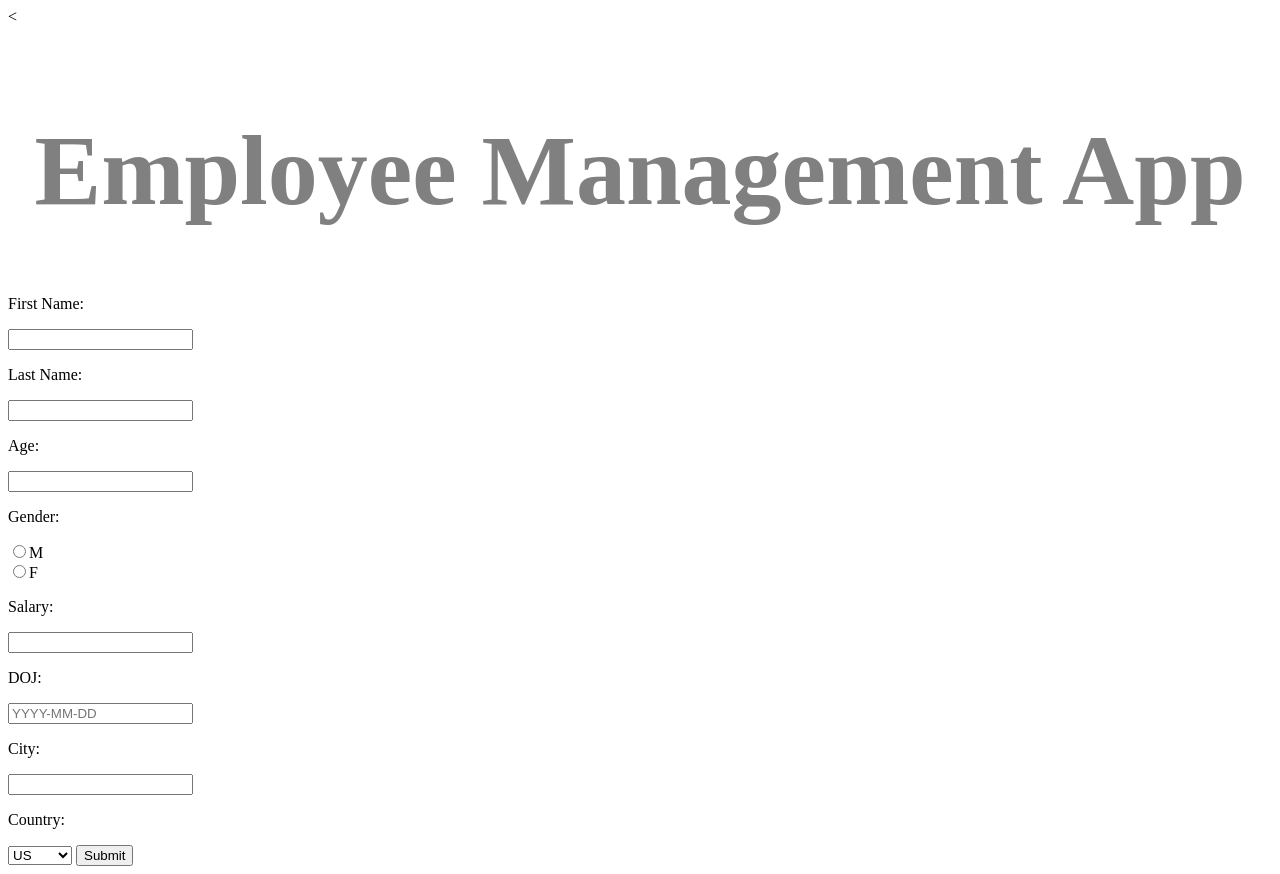
Repository: SaumyaGuptaTechnokrat/Employee_management
Page: http://localhost/Employee/index.jsp
The author's editor kept a copy of each file at every save. The page is drawn from the files as they stood at one save, then again after the next save.
The browser window is 1280 px wide. The pictures show the whole page.
The page is served by Tomcat 9. Other server files are loaded and not shown.

Above is the page before, as saved 2023-02-10 17:26:38.

### Employee/src/main/webapp/index.jsp
<%@ page language="java" contentType="text/html; charset=ISO-8859-1"
    pageEncoding="ISO-8859-1"%>
<!DOCTYPE html>
<html>
<head>
<meta charset="ISO-8859-1">
<title>Insert title here</title>
<
</head>
<body>
<h1 style="text-align:center;padding-top:20px;color:gray;font-size:100px;">Employee Management App</h1>
<div>
<form action="addRecord.jsp" method="post" >

		<p>First Name:</p><input name="fName" type="text"><br>
		<p>Last Name:</p><input name="lName" type="text"><br>
		<p>Age:</p><input name="age" type="number"><br>
		<p>Gender:</p><input name="Gender" type="radio" value="Male">M<br>
		<input type="radio" name="Gender" value="Female">F<br>
		<p>Salary:</p><input name="salary" type="text"><br>
		<p>DOJ:</p><input name="Doj" placeholder="YYYY-MM-DD" type="text"><br>
		<p>City:</p><input name="City" type="text"><br>
		<p>Country:</p><select name="Country">
		<option value="US">US<option/>
		<option value="US">INDIA<option/>
		<option value="US">UK<option/>
		<option value="US">JAPAN<option/>
		</select>
		<input type="button" value="Submit">
</form>
	</div>

</body>
</html>

After the next save:
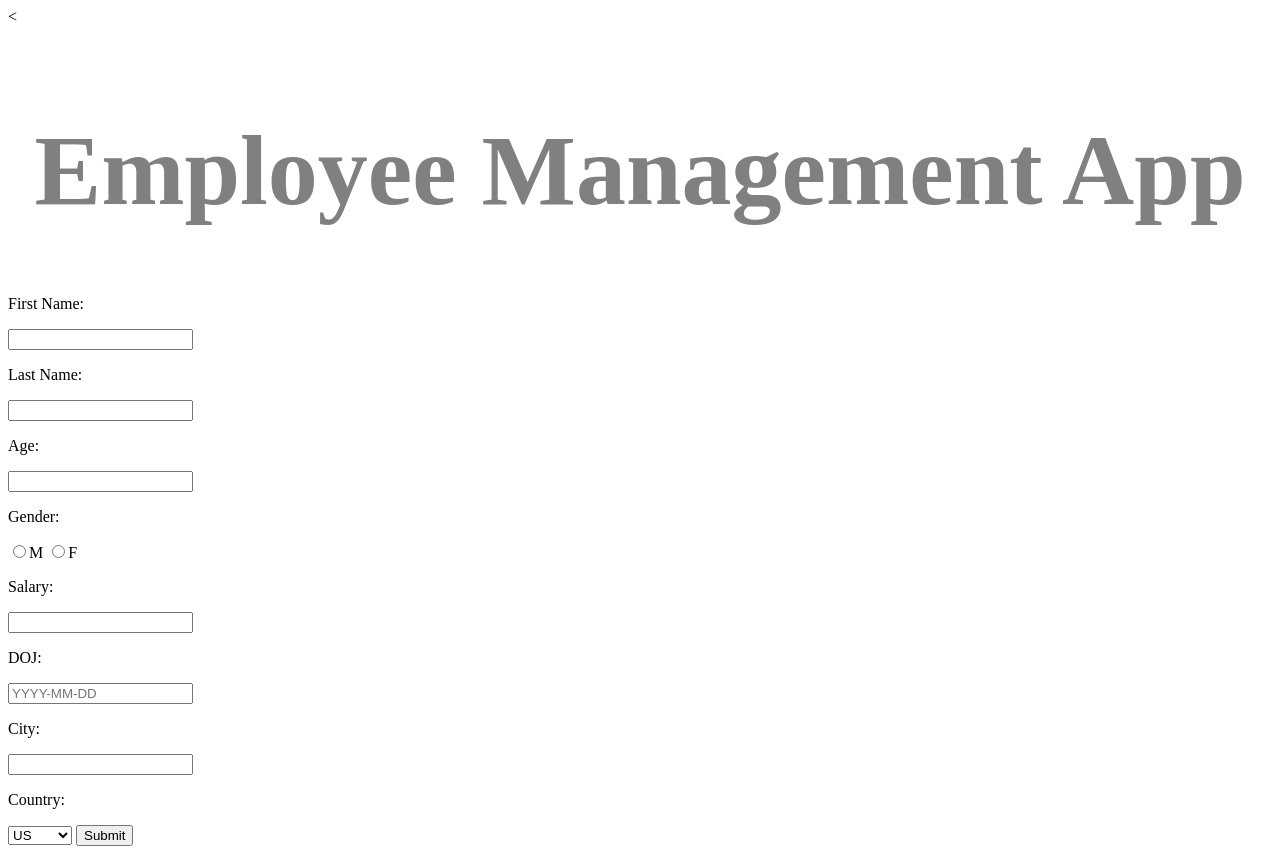
Saved 18 s later.
--- a/Employee/src/main/webapp/index.jsp
+++ b/Employee/src/main/webapp/index.jsp
@@ -15,7 +15,7 @@
 		<p>First Name:</p><input name="fName" type="text"><br>
 		<p>Last Name:</p><input name="lName" type="text"><br>
 		<p>Age:</p><input name="age" type="number"><br>
-		<p>Gender:</p><input name="Gender" type="radio" value="Male">M<br>
+		<p>Gender:</p><input name="Gender" type="radio" value="Male">M
 		<input type="radio" name="Gender" value="Female">F<br>
 		<p>Salary:</p><input name="salary" type="text"><br>
 		<p>DOJ:</p><input name="Doj" placeholder="YYYY-MM-DD" type="text"><br>
